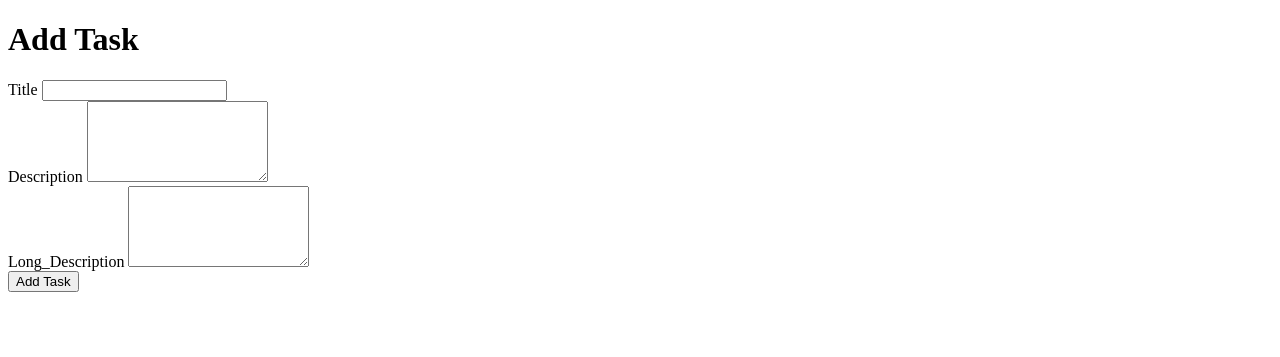
Repository: Haakim19/Laravel-Learn
Page: http://localhost/tasks/create
The author's editor kept a copy of each file at every save. The page is drawn from the files as they stood at one save, then again after a run of saves.
The browser window is 1280 px wide. The pictures show the whole page.
The page is served by the project's Laravel application, run on PHP 8.4 with Laravel 12. Other server files are loaded and not shown.

Above is the page before, as saved 2025-01-13 02:40:36.

### task-list/routes/web.php
<?php

use App\Models\Task;
use Illuminate\Http\Request;
use Illuminate\Support\Facades\Route;

Route::get('/', function () {
    return redirect()->route('task.index');
});
Route::get('/tasks', function () {
    return view('index', [
        'tasks' => Task::latest()->where('completed', true)->get()
    ]);
})->name('task.index');

Route::view('tasks/create', 'create')
    ->name('tasks.create');

Route::get('/tasks/{id}', function ($id) {
    return view('show', [
        'task' => Task::findOrFail($id)
    ]);
})->name('task.show');

Route::post('/tasks', function (Request $request) {
    $data = $request->validate([
        'title' => 'required|max:255',
        'description' => 'required',
        'long_description' => 'required'
    ]);
    $task = new Task;
    $task->title = $data['title'];
    $task->description = $data['description'];
    $task->long_description = $data['long_description'];
    $task->save();

    return redirect()->route('task.show', ['id' => $task->id]);
})->name('task.store');

// Route::get('/hello', function () {
//     return 'Hello';
// })->name('hello');

// Route::get('/hallo', function () {
//     return redirect()->route('hello');
// });

// Route::get('/greet/{name}', function ($name) {
//     return 'Hello ' . $name . '!';
// });

// Route::fallback(function () {
//     return 'still got somewhere';
// });

### task-list/resources/views/create.blade.php
@extends('layouts.app')

@section('title', 'Add Task')
@section('content')
    <form method="POST" action="{{ route('task.store') }}">
        {{-- using @csrf for authentication perpose like find out the
        unaoutotrized web requests --}}
        @csrf
        <div>
            <label for="title">Title</label>
            <input type="text" name="title" id="title">
        </div>

        <div>
            <label for="description">Description</label>
            <textarea name="description" id="description" rows="5"></textarea>
        </div>

        <div>
            <label for="long_description">Long_Description</label>
            <textarea name="long_description" id="long_description" rows="5"></textarea>
        </div>

        <div>
            <button type="submit">Add Task</button>
        </div>
    </form>
@endsection

### task-list/resources/views/layouts/app.blade.php
<!DOCTYPE html>
<html>
<head>
    <title>Laravel Task List</title>
</head>
<body>
    <h1>@yield('title')</h1>
    <div>
        @yield('content')
    </div>
</body>
</html>

After the next 2 saves:
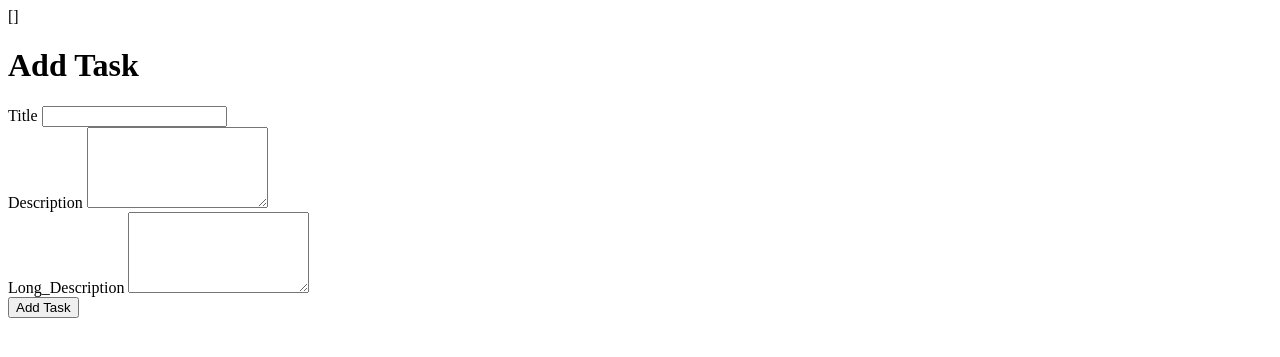
The 2 saves are shown as one change because 1 did not build or start.
The last was saved 3 min 2 s later.
--- a/task-list/resources/views/create.blade.php
+++ b/task-list/resources/views/create.blade.php
@@ -1,6 +1,7 @@
 @extends('layouts.app')
 
 @section('title', 'Add Task')
+{{ $errors }}
 @section('content')
     <form method="POST" action="{{ route('task.store') }}">
         {{-- using @csrf for authentication perpose like find out the
